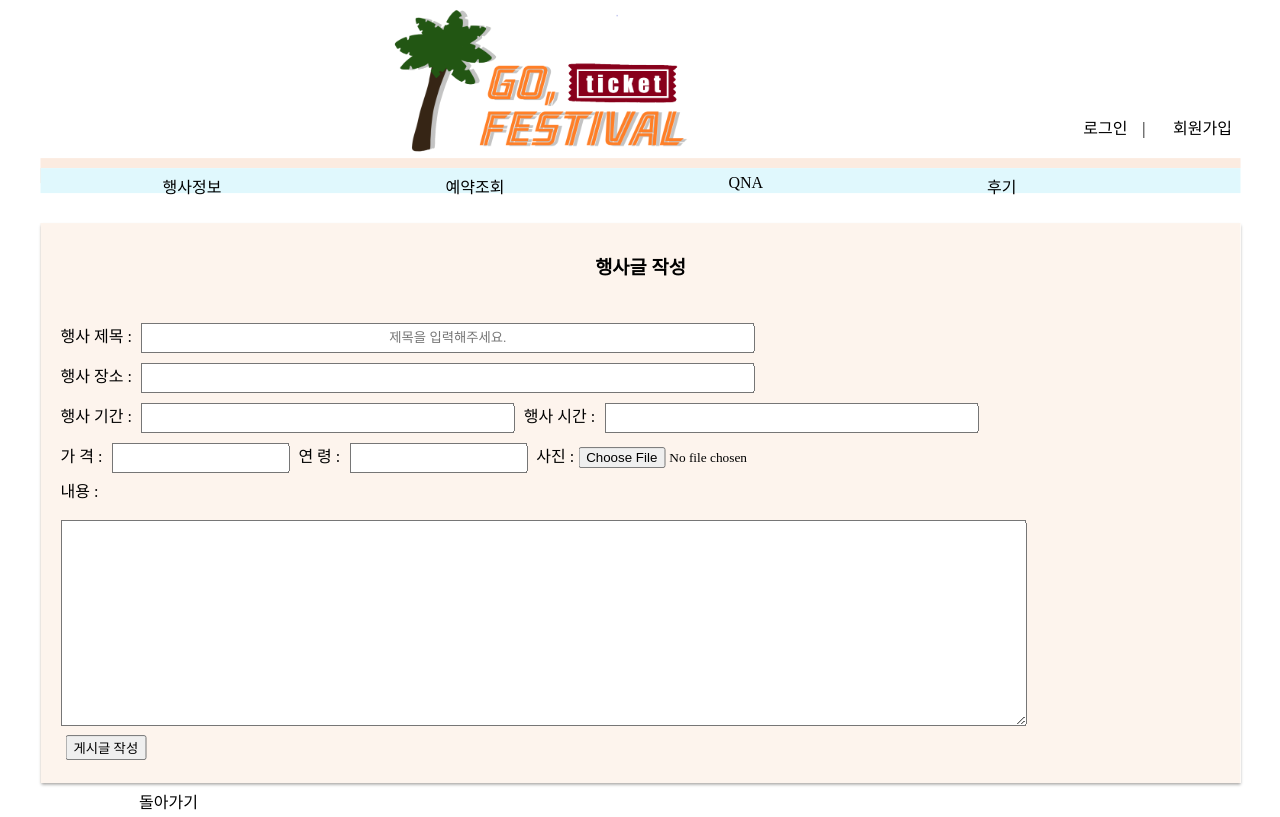
Repository: Changgyu1/Chang_Gu
Page: http://localhost/Project/Event_add.jsp
An editor plug-in stored every save of this project. The page is shown before and after the next save, followed by the edit.
The browser window is 1280 px wide. The pictures show the whole page.
Some web fonts or font styles are not loaded; a fallback is used. The page is served by Tomcat 9.

Above is the page before, as saved 2023-11-14 05:17:45.

After the next save:
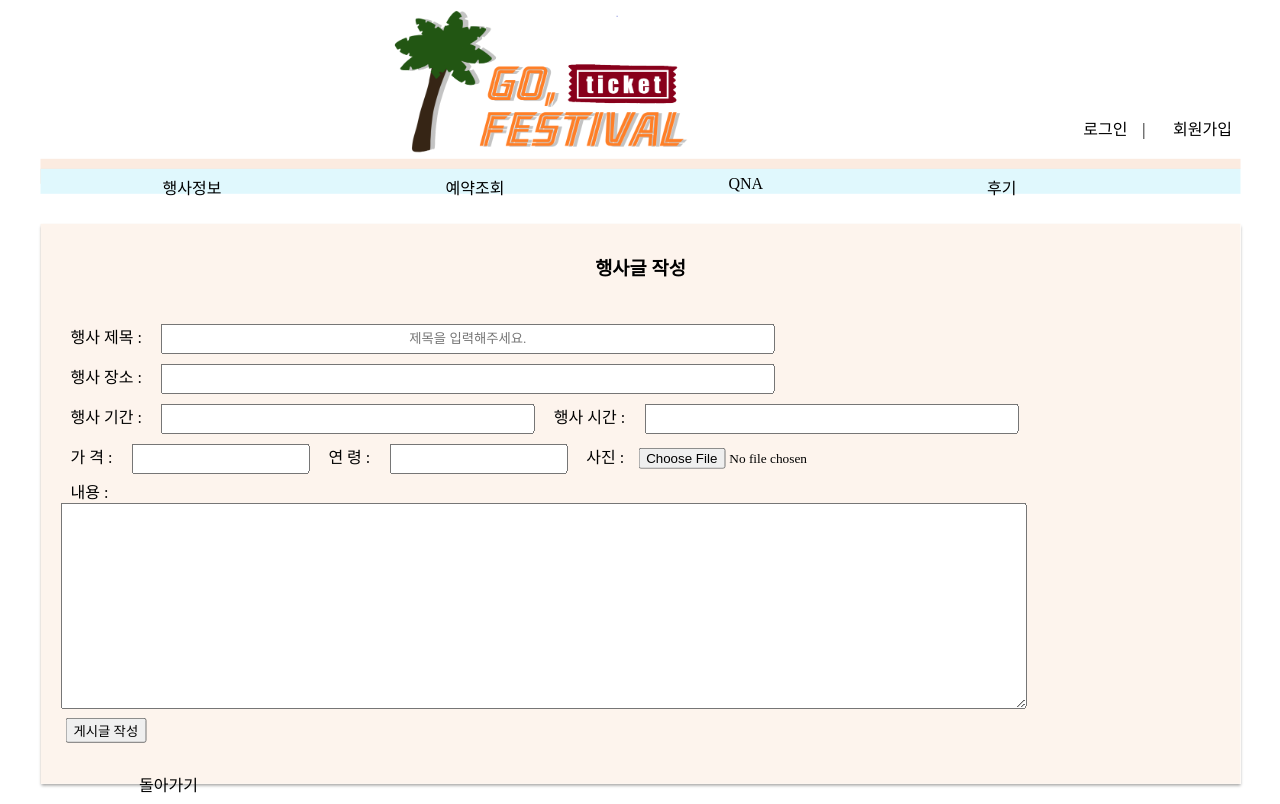
Saved 42 s later.
--- a/Project/src/main/webapp/Event_add.jsp
+++ b/Project/src/main/webapp/Event_add.jsp
@@ -34,8 +34,8 @@
         .sel{
             margin: 5px;
         }
-        explan-center{
-        text-align: center;
+        label{
+        margin: 10px;
 
         }
 </style>
@@ -77,7 +77,7 @@
 
 	<h3 style="text-align:center;">행사글 작성</h3>
 	<div id="whitebox">
-
+	<div>
 <form action="EventServlet" method="post" enctype="multipart/form-data">
 	<div class="event_form">
 	<label for="event_name">행사 제목 : </label>
@@ -102,13 +102,13 @@
     <label for="event_img">사진 : </label>
 	<input type="file" name="event_img" id="event_img" required><br>
 
-	<div class="explan-center">
-	<label for="event_explain">내용 : </label></div> <br>
+	<label for="event_explain">내용 : </label> <br>
 	<textarea type="text"  id="event_explain" name="event_explain" required style="text-align:center;"> </textarea><br>
 
 
 
 	<input type="submit" value="게시글 작성" class="sel">
+	</div>
 	</div>
 </form>
 <button onclick="location.href='Event_List.jsp'">돌아가기</button>
